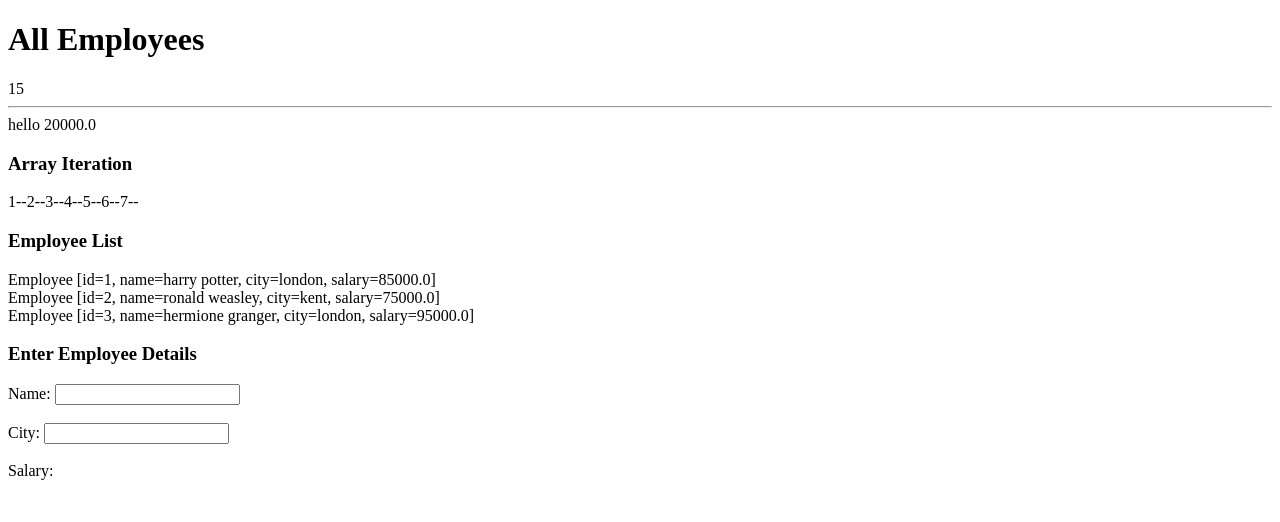
Repository: imtiyaz-hirani/cg-jan-23
Page: http://localhost/MySpringApp/employees
These files come from the project's save history. The page is drawn as it stood at one moment and after the next save; the edit follows.
The browser window is 1280 px wide. The pictures show the whole page.
The page is served by Tomcat 9. Other server files are loaded and not shown.

Above is the page before, as saved 2023-01-12 09:26:39.

### MySpringApp/WebContent/WEB-INF/jsps/employees.jsp
<%@page import="com.spring.app.main.model.Employee"%>
<%@page import="java.util.List"%>
<%@ page language="java" contentType="text/html; charset=ISO-8859-1"
    pageEncoding="ISO-8859-1"%>
<!DOCTYPE html>
<html>
<head>
<meta charset="ISO-8859-1">
<title>Insert title here</title>
</head>
<body>
<h1>All Employees</h1>
<%
int x=5;
int y=10;
%>
<%=x+y %>
 <hr>
 <%
 	String value = (String)request.getAttribute("msg");
 	double priceVal = (double) request.getAttribute("price");

 %>
 <%=value %>
 <%=priceVal %>

 <h3>Array Iteration</h3>
 <%
 Integer[] iarry = (Integer[])request.getAttribute("iarry");

 for(Integer i :iarry){
	 out.print(i + "--");
 }
 %>

 <h3>Employee List</h3>

 <%
 	List<Employee> list = (List) request.getAttribute("list");

 	for(Employee e : list){
 		out.print(e + "<BR>");
 	}
 %>

 <h3>Enter Employee Details</h3>
 <form action="" method="">
 	<label>Name: </label>
 	<input type="text" name="ename"> <br /> <br />
 	<label>City: </label>
 	<input type="text" name="ecity"> <br /> <br />
 	<label>Salary: </label> <br />
 </form>
</body>
</html>

<!--
Java Code
HTML Code + CSS
 -->

### MySpringApp/src/com/spring/app/main/model/Employee.java
package com.spring.app.main.model;

public class Employee {
	private int id;
	private String name;
	private String city;
	private double salary;

	public Employee() { }

	public Employee(int id, String name, String city, double salary) {
		super();
		this.id = id;
		this.name = name;
		this.city = city;
		this.salary = salary;
	}

	public int getId() {
		return id;
	}

	public void setId(int id) {
		this.id = id;
	}

	public String getName() {
		return name;
	}

	public void setName(String name) {
		this.name = name;
	}

	public String getCity() {
		return city;
	}

	public void setCity(String city) {
		this.city = city;
	}

	public double getSalary() {
		return salary;
	}

	public void setSalary(double salary) {
		this.salary = salary;
	}

	@Override
	public String toString() {
		return "Employee [id=" + id + ", name=" + name + ", city=" + city + ", salary=" + salary + "]";
	}


}

After the next save:
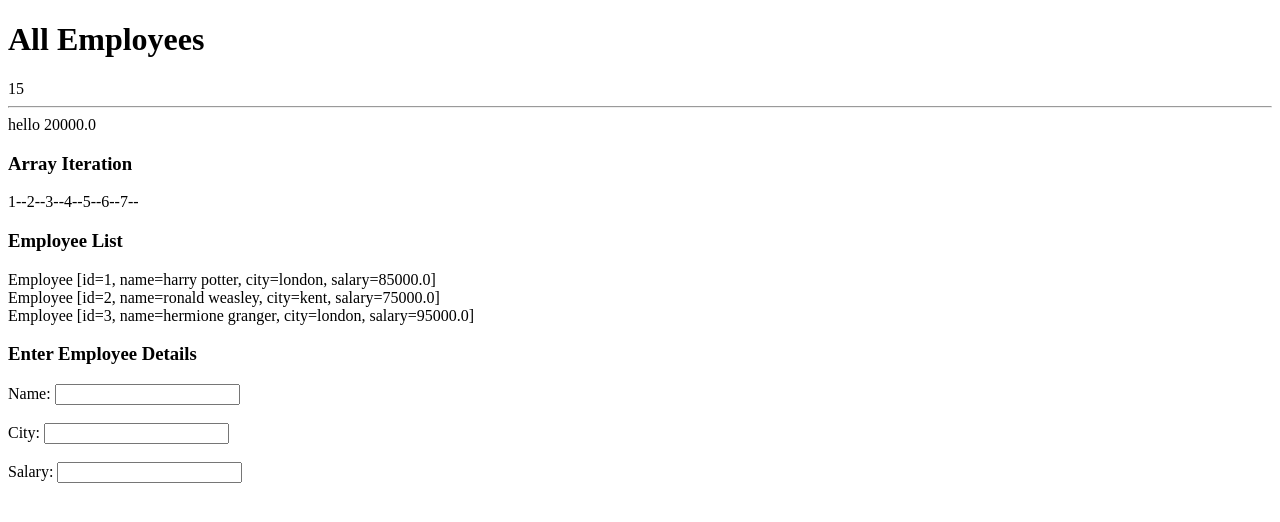
Saved 36 s later.
--- a/MySpringApp/WebContent/WEB-INF/jsps/employees.jsp
+++ b/MySpringApp/WebContent/WEB-INF/jsps/employees.jsp
@@ -49,7 +49,8 @@ int y=10;
  	<input type="text" name="ename"> <br /> <br />
  	<label>City: </label>
  	<input type="text" name="ecity"> <br /> <br />
- 	<label>Salary: </label> <br />
+ 	<label>Salary: </label>
+ 	<input type="number" name="esalary"> <br /> <br />
  </form>
 </body>
 </html>
